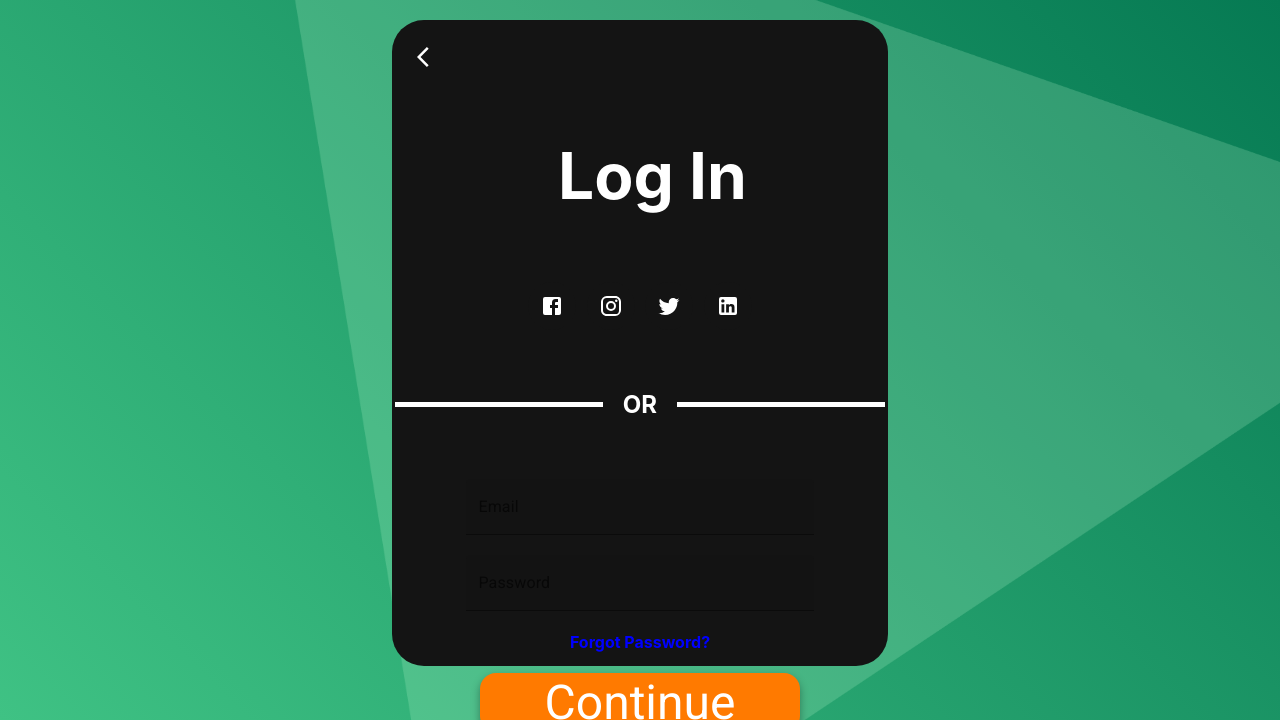
Repository: wilyyy/John
Page: /login (app in john-app/)
An editor plug-in stored every save of this project. The page is shown before and after the next save, followed by the edit.
The browser window is 1280 px wide. The pictures show the whole page.
The project was rebuilt for these pictures with package versions that can differ from the ones it lists, and the page was loaded fresh each time. The framework's server and built-in components were replaced by stand-ins that run in the browser. Also part of the build but not shown: john-app/next.config.js.

Above is the page before, as saved 2021-10-07 22:20:57.

After the next save:
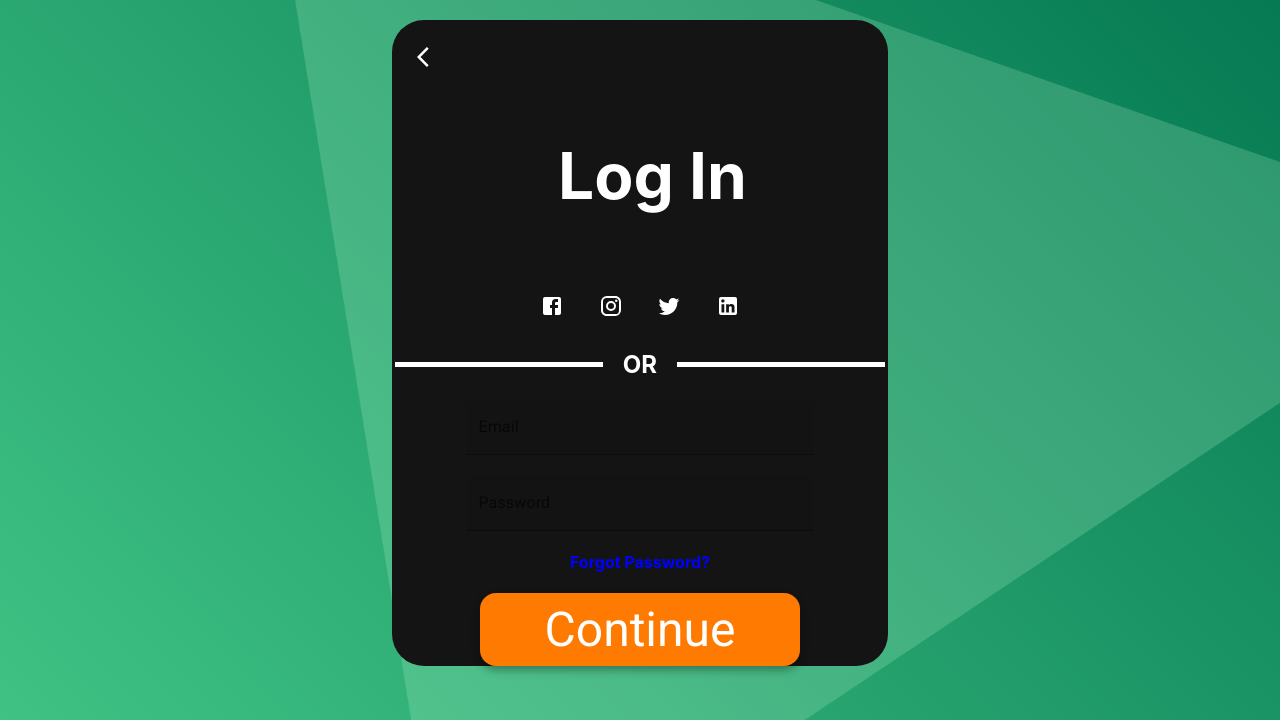
Saved 27 s later.
--- a/john-app/pages/login.js
+++ b/john-app/pages/login.js
@@ -104,15 +104,11 @@ export default function Login(){
                 <LoginHeader>Log In</LoginHeader>
             </LoginHeaderContainer>
             <SocialMediaIcon />
-            <Spacer/>
-            <Spacer/>
             <BreakLineCont>
-            <FatWhiteLine />
-                <TheWordOR>OR</TheWordOR>
-            <FatWhiteLine />
+                <FatWhiteLine />
+                    <TheWordOR>OR</TheWordOR>
+                <FatWhiteLine />
             </BreakLineCont>
-            <Spacer />
-            <Spacer />
             <LogInFormCont>
                 <TextField fullWidth label="Email" id="fullWidth" variant="filled" className={styles.ImBlacked}/>
                 <Spacer />
